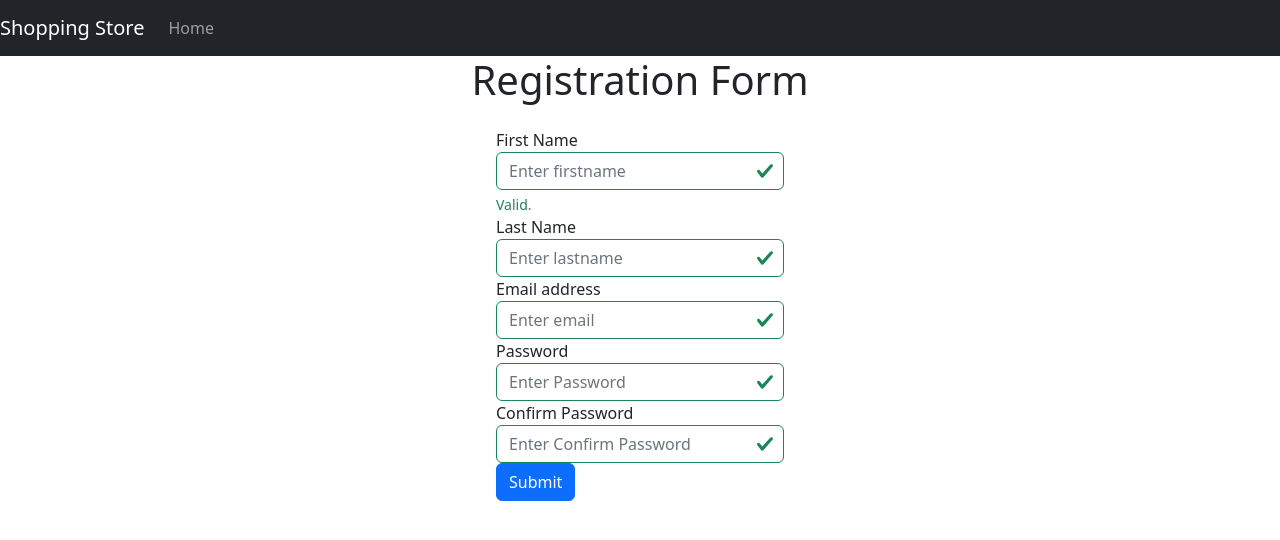
Repository: mayank-gupta0/nagarroproject
Page: http://localhost/SpringMvcServiceLayer/WEB-INF/jsp/register.jsp
The author's editor kept a copy of each file at every save. The page is drawn from the files as they stood at one save, then again after the next save.
The browser window is 1280 px wide. The pictures show the whole page.
The page is served by Tomcat 9. Nobody is signed in. Other server files are loaded and not shown. The template is opened directly, without the code that normally fills it, so the values that code supplies are empty.

Above is the page before, as saved 2022-08-21 12:55:07.

### springmvcworkspace/SpringMvcServiceLayer/src/main/webapp/WEB-INF/jsp/register.jsp
<%@ page language="java" contentType="text/html; charset=ISO-8859-1"
	pageEncoding="ISO-8859-1"%>
<!DOCTYPE html>
<html>
<head>
<meta charset="ISO-8859-1">
<link
	href="https://cdn.jsdelivr.net/npm/bootstrap@5.2.0/dist/css/bootstrap.min.css"
	rel="stylesheet"
	integrity="sha384-gH2yIJqKdNHPEq0n4Mqa/HGKIhSkIHeL5AyhkYV8i59U5AR6csBvApHHNl/vI1Bx"
	crossorigin="anonymous">
<title>Registration Page</title>

</head>
<body>
	<nav class="navbar navbar-expand-lg navbar-dark bg-dark">
		<a class="navbar-brand font-weight-bold" href="home">Shopping
			Store</a>
		<button class="navbar-toggler" type="button" data-toggle="collapse"
			data-target="#navbarSupportedContent"
			aria-controls="navbarSupportedContent" aria-expanded="false"
			aria-label="Toggle navigation">
			<span class="navbar-toggler-icon"></span>
		</button>

		<div class="collapse navbar-collapse" id="navbarSupportedContent">
			<ul class="navbar-nav mr-auto">
				<li class="nav-item"><a class="nav-link" href="home">Home</a></li>

			</ul>
		</div>
	</nav>
	<h1 class="text-center">Registration Form</h1>
	<div class="container w-25 p-3">
		<form class="was-validated" id="regForm" modelAttribute="UserResponse"
			action="registerProcess" method="post">

			<div class="form-group">
				<label for="exampleInputPassword1">First Name</label> <input
					type="text" class="form-control" id="exampleInputfirstname"
					placeholder="Enter firstname" name=firstName>
				<div class="valid-feedback">Valid.</div>
				<div class="invalid-feedback">Please fill out this field.</div>
			</div>

			<div class="form-group">
				<label for="exampleInputPassword1">Last Name</label> <input
					type="text" class="form-control" id="exampleInputlastname"
					placeholder="Enter lastname" name="lastName">
			</div>

			<div class="form-group">
				<label for="exampleInputEmail1">Email address</label> <input
					type="email" class="form-control" id="exampleInputEmail1"
					aria-describedby="emailHelp" placeholder="Enter email" name="email">
			</div>

			<div class="form-group">
				<label for="exampleInputPassword1">Password</label> <input
					type="password" class="form-control" id="exampleInputPassword1"
					placeholder="Enter Password" name="password">
			</div>

			<div class="form-group">
				<label for="exampleInputPassword1">Confirm Password</label> <input
					type="password" class="form-control" id="exampleInputPassword2"
					placeholder="Enter Confirm Password" name="confirmPassword">
			</div>
			<button type="submit" class="btn btn-primary">Submit</button>
		</form>
	</div>
</body>
</html>









































<%-- <%@ taglib prefix="form" uri="http://www.springframework.org/tags/form"%>

<%@ page language="java" contentType="text/html; charset=ISO-8859-1"
	pageEncoding="ISO-8859-1"%>
<html>
<head>
<meta http-equiv="Content-Type" content="text/html; charset=ISO-8859-1">
<title>Registration</title>
</head>
<body>
	<form:form id="regForm" modelAttribute="UserResponse"
		action="registerProcess" method="post">
		<center>
			<h2>Registration :</h2>
			<hr>
		</center>
		<table align="center">
			<tr>
				<td><form:label path="firstName">FirstName</form:label></td>
				<td><form:input path="firstName" name="firstName"
						id="firstname" /></td>
			</tr>
			<tr>
				<td><form:label path="lastName">LastName</form:label></td>
				<td><form:input path="lastName" name="lastName" id="lastname" /></td>
			</tr>
			<tr>
				<td><form:label path="email">Email</form:label></td>
				<td><form:input path="email" name="email" id="email" /></td>
			</tr>
			<tr>
				<td><form:label path="password">Password</form:label></td>
				<td><form:password path="password" name="password"
						id="password" /></td>
			</tr>

			<tr>
				<td><form:label path="confirmPassword">Confirm Password</form:label></td>
				<td><form:password path="confirmPassword"
						name="confirmpassword" id="confirmPassword" /></td>
			</tr>

			<tr>
				<td></td>
				<td><form:button id="register" name="register">Register</form:button></td>
			</tr>
			<tr></tr>
			<tr>
				<td></td>
				<td><a href="index.jsp">Home</a></td>

			</tr>

		</table>
	</form:form>

</body>
</html>
 --%>

After the next save:
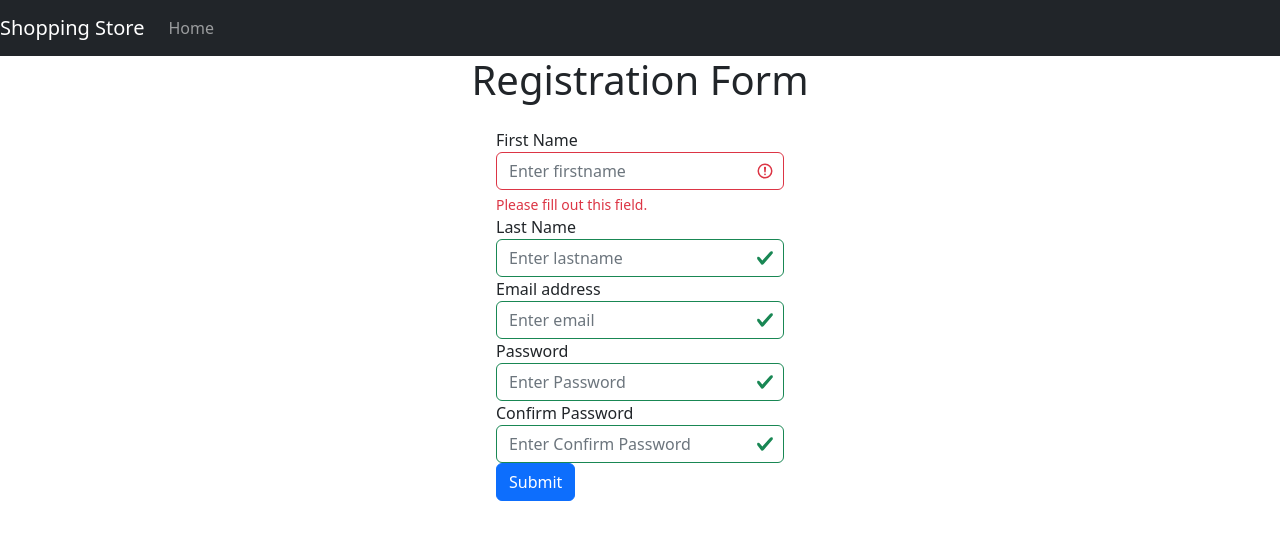
Saved 48 s later.
--- a/springmvcworkspace/SpringMvcServiceLayer/src/main/webapp/WEB-INF/jsp/register.jsp
+++ b/springmvcworkspace/SpringMvcServiceLayer/src/main/webapp/WEB-INF/jsp/register.jsp
@@ -38,7 +38,7 @@
 			<div class="form-group">
 				<label for="exampleInputPassword1">First Name</label> <input
 					type="text" class="form-control" id="exampleInputfirstname"
-					placeholder="Enter firstname" name=firstName>
+					placeholder="Enter firstname" name=firstName required>
 				<div class="valid-feedback">Valid.</div>
 				<div class="invalid-feedback">Please fill out this field.</div>
 			</div>
